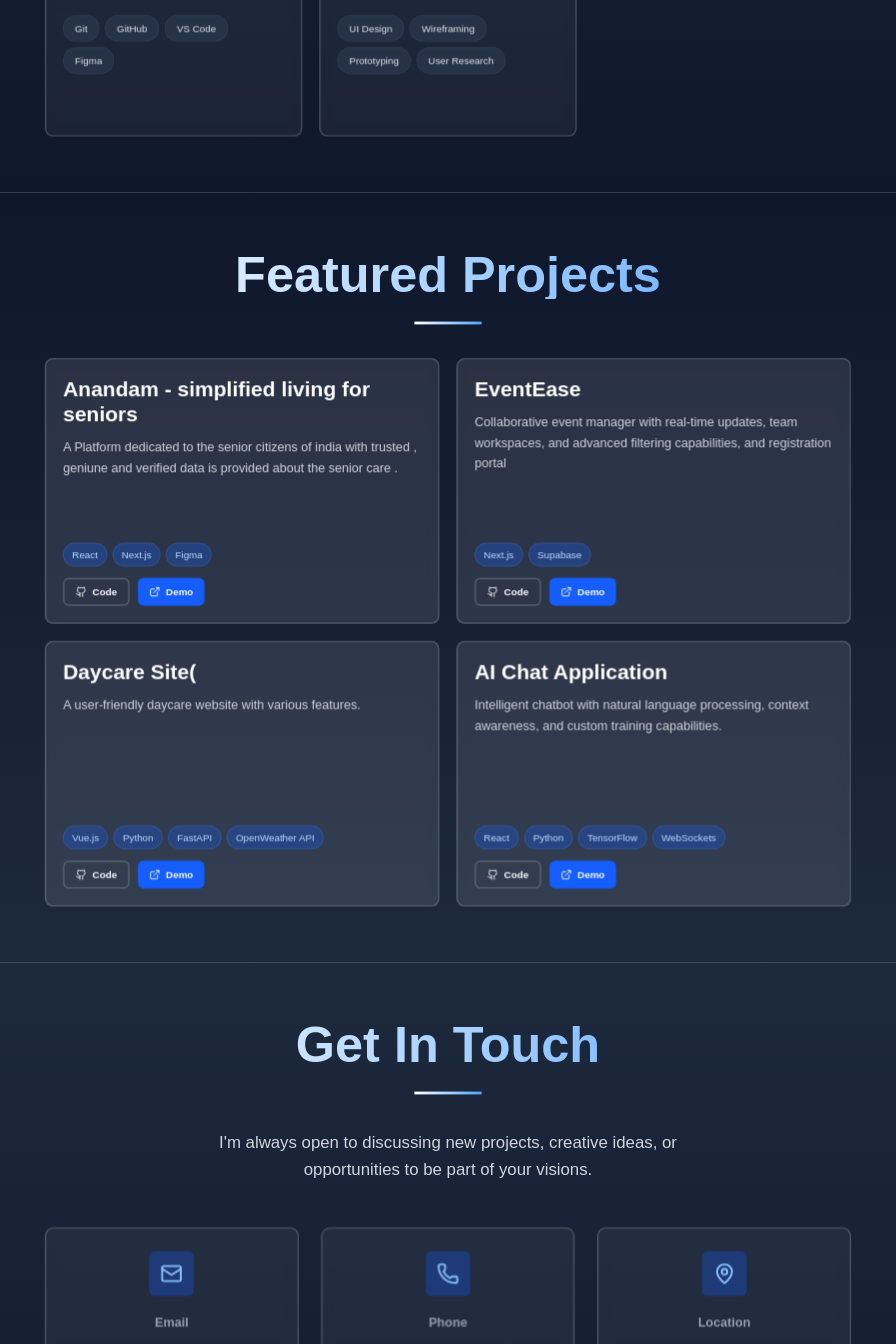
Repository: harshikabodekar/portfolio_awp
Page: /
An editor plug-in stored every save of this project. The page is shown before and after a run of saves, followed by the edit.
The browser window is 1280 px wide. The pictures show the part of the page from y = 2459 to 4379 px (the page is 4940 px tall), at 70% of full size.
The project was rebuilt for these pictures with package versions that can differ from the ones it lists, and the page was loaded fresh each time. The framework's server and built-in components were replaced by stand-ins that run in the browser. Also part of the build but not shown: next.config.mjs.

Above is the page before, as saved 2025-10-15 21:46:21.

After the next 2 saves:
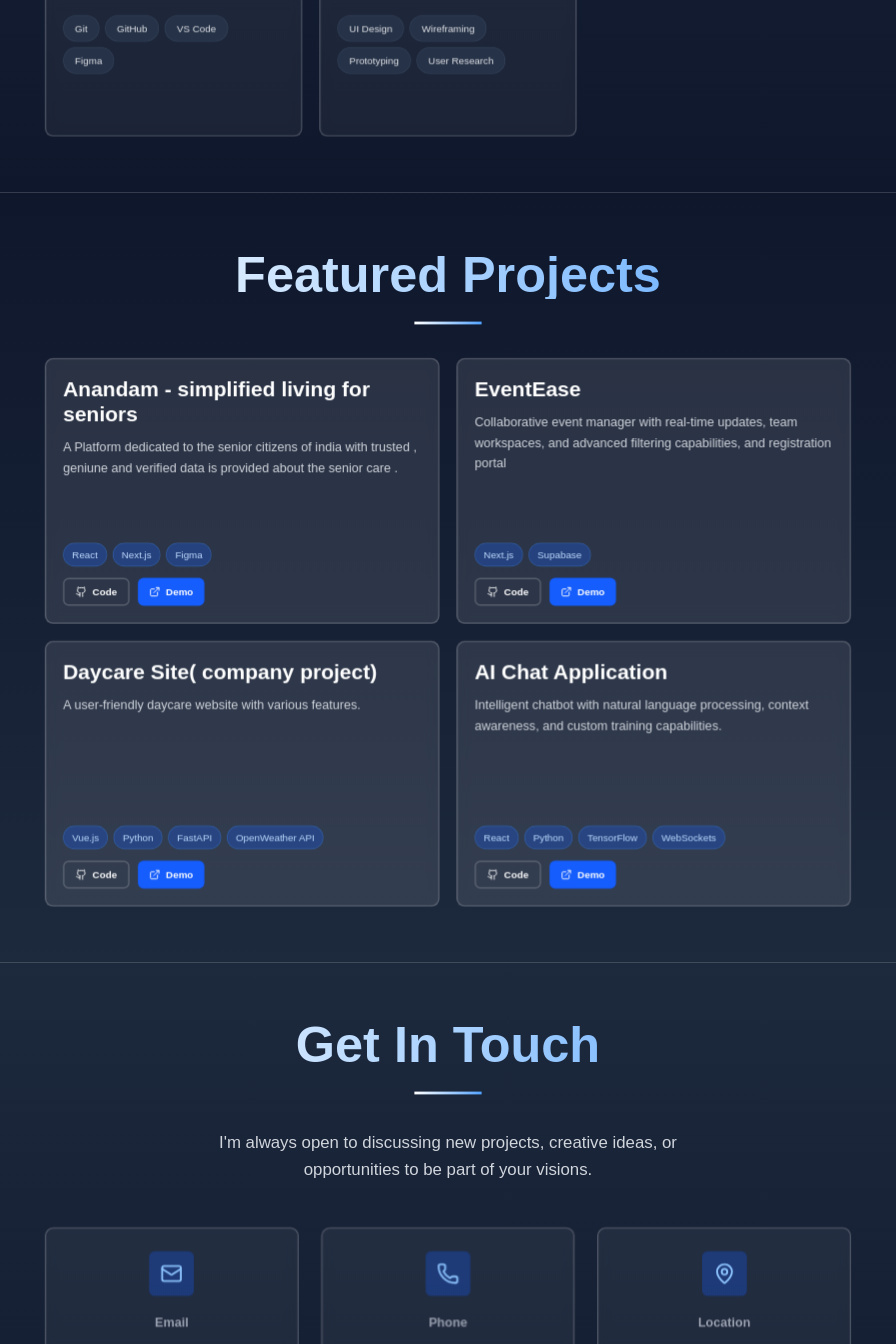
The 2 saves are shown as one change because they came seconds apart.
The last was saved 9 s later.
--- a/src/app/components/Project.js
+++ b/src/app/components/Project.js
@@ -17,7 +17,7 @@ const Projects = () => {
 
     },
     {
-      title: "Daycare Site( ",
+      title: "Daycare Site( company project)",
       description: "A user-friendly daycare website with various features.",
       tech: ["Vue.js", "Python", "FastAPI", "OpenWeather API"],
 
